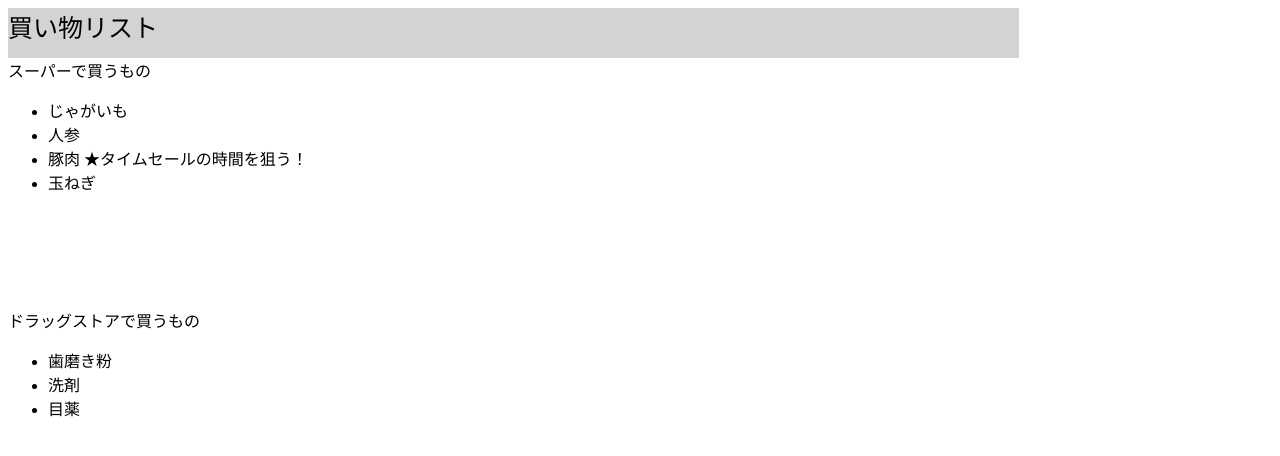
Repository: m-mao/firsa_app
Page: html_css/html_construction/index.html
The author's editor kept a record of every edit. The page is drawn from the files as they stood at one moment, then again after the next edit.
The browser window is 1280 px wide. The pictures show the whole page.

Above is the page before.

After the next edit:
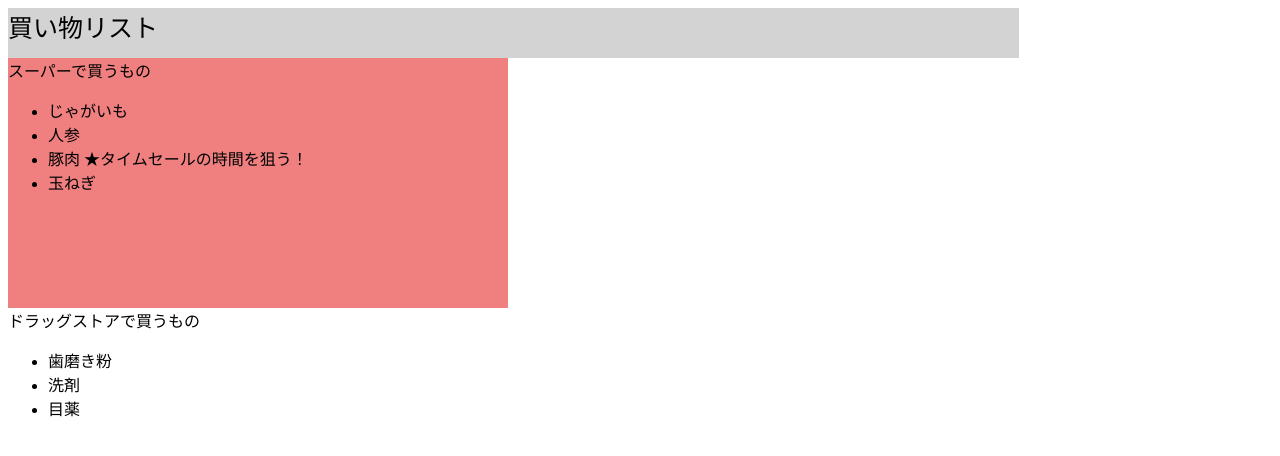
The edit:
--- a/html_css/html_construction/style.css
+++ b/html_css/html_construction/style.css
@@ -10,6 +10,7 @@
 .top-content{
   height: 250px;
   width: 500px;
+  background-color: lightcoral;
 }
 
 .bottom-content{
